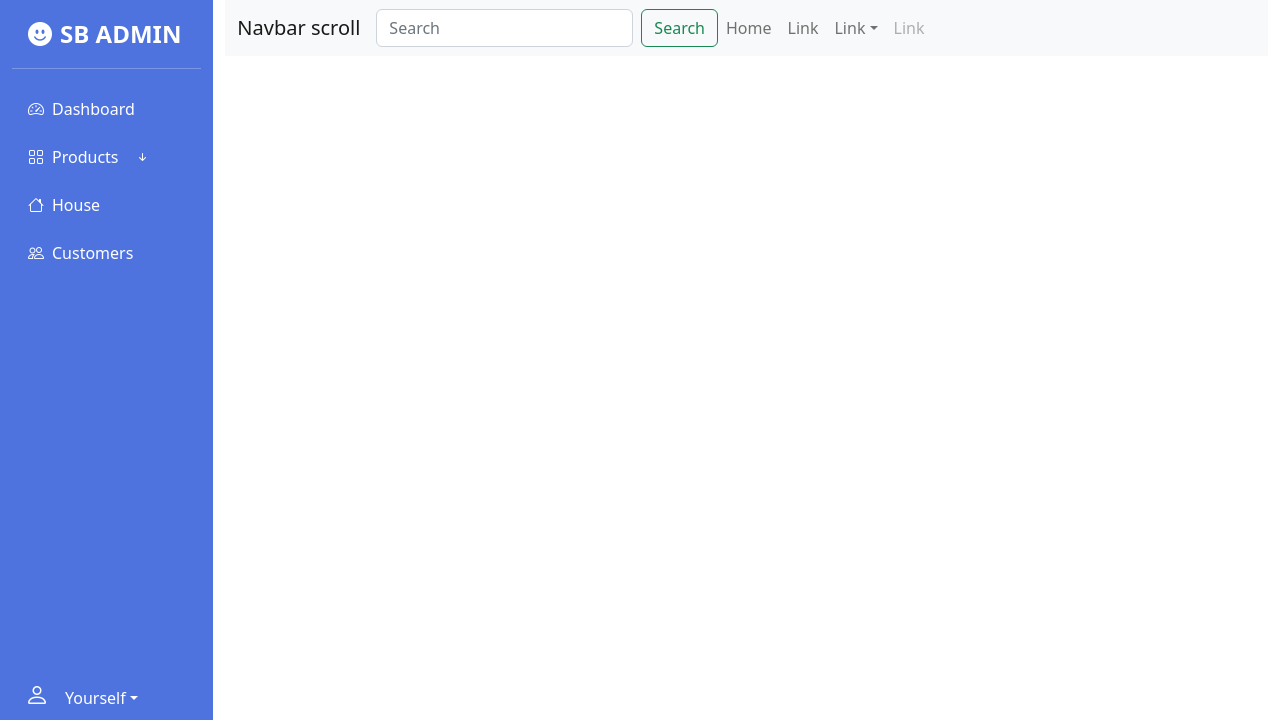
Repository: iqbalaamir/dashboard
Page: /
An editor plug-in stored every save of this project. The page is shown before and after the next save, followed by the edit.
The browser window is 1280 px wide. The pictures show the whole page.
The project was rebuilt for these pictures with package versions that can differ from the ones it lists, and the page was loaded fresh each time. Also part of the build but not shown: src/App.css.

Above is the page before, as saved 2023-04-24 17:43:14.

After the next save:
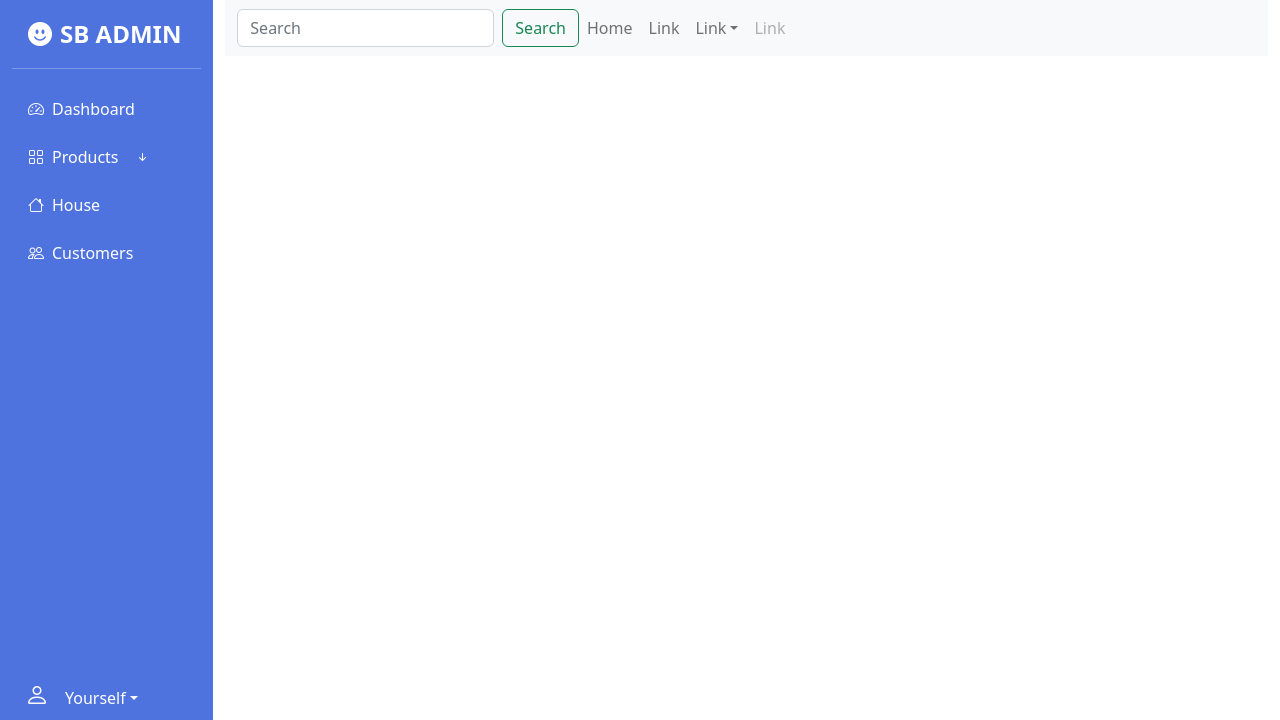
Saved 9 s later.
--- a/src/components/NavbarComponent.js
+++ b/src/components/NavbarComponent.js
@@ -9,7 +9,6 @@ function NavbarComponent() {
   return (
     <Navbar bg="light" expand="lg">
       <Container fluid>
-        <Navbar.Brand href="#">Navbar scroll</Navbar.Brand>
         <Navbar.Toggle aria-controls="navbarScroll" />
         <Navbar.Collapse id="navbarScroll">
         <Form className="d-flex">
